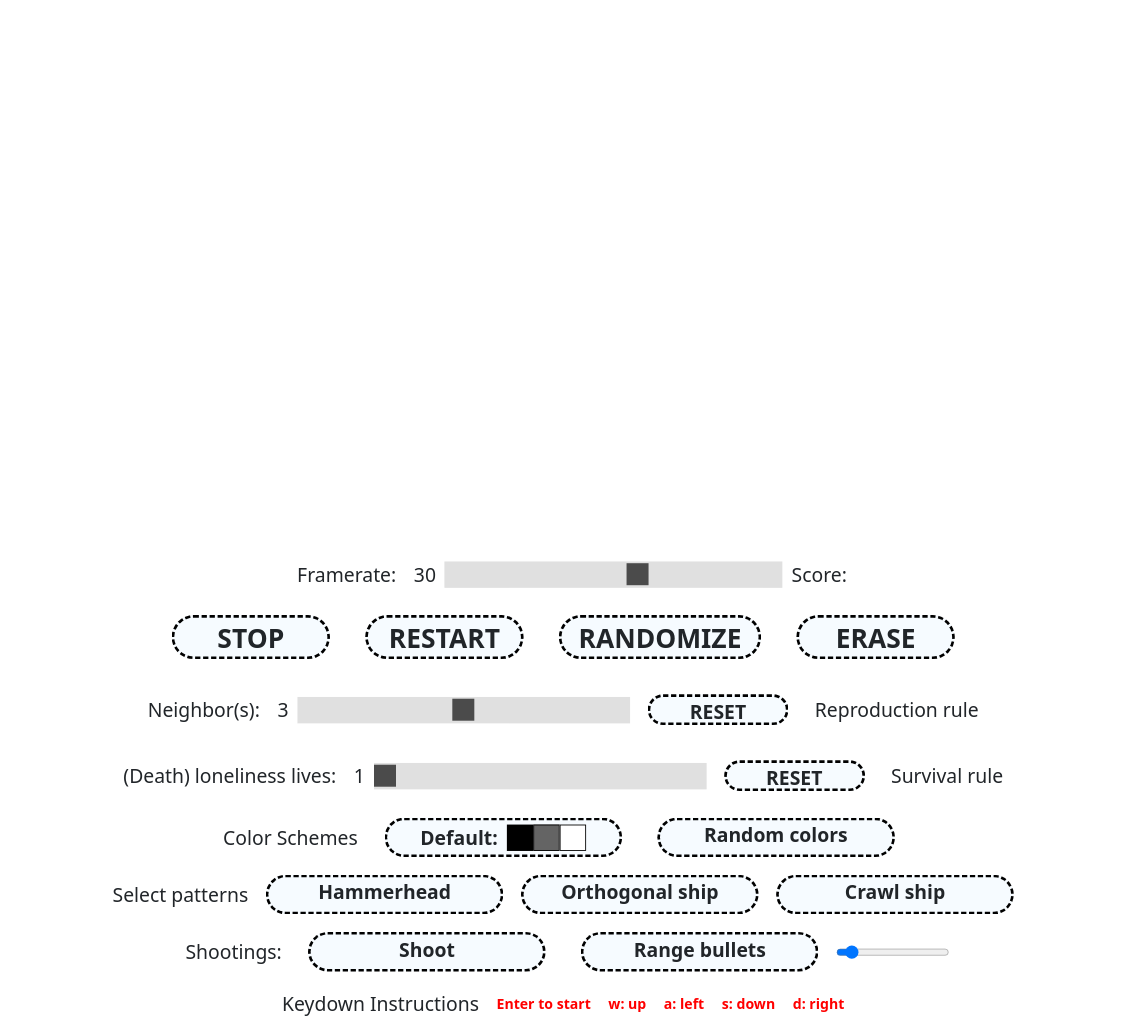
Repository: luckychxn123/game-of-life-22
Page: wef008.html
These files come from the project's save history. The page is drawn as it stood at one moment and after the next save; the edit follows.
The browser window is 1280 px wide. The page is 1290 px wide, so the pictures cover 1290 px, including what lies to the right of the window. The pictures show the whole page, at 88% of full size.
Some web libraries are served in a nearby version.

Above is the page before, as saved 2022-08-20 22:31:43.
Console error: ReferenceError: survivalslider is not defined

After the next save:
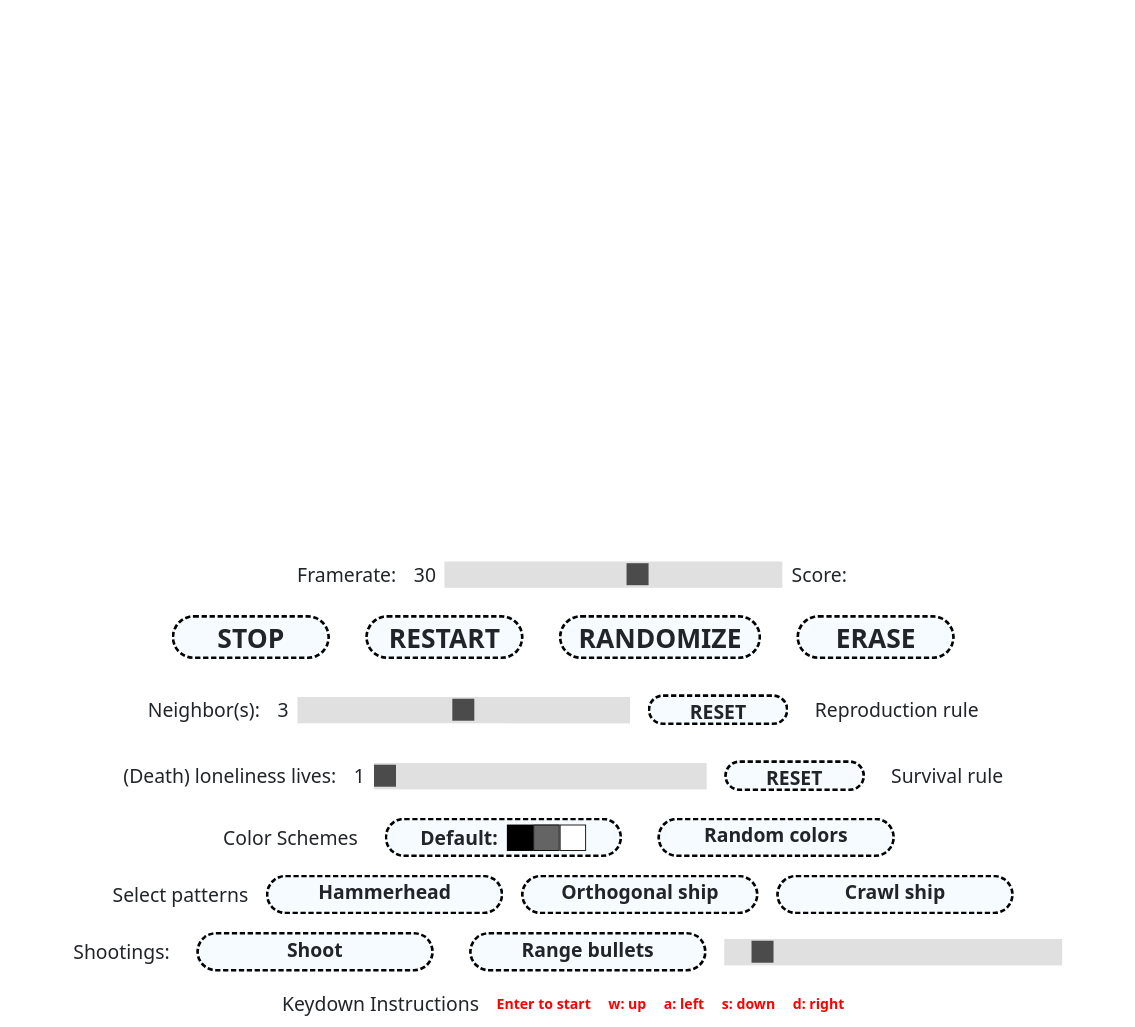
Saved 42 s later.
--- a/wef008css.css
+++ b/wef008css.css
@@ -41,7 +41,7 @@
   }
 
   /* The slider itself */
-  .neighborslider .slider,  .survivalslider .slider, .framerateslider .slider{
+  .neighborslider .slider,  .survivalslider .slider, .framerateslider .slider, .keydownshoots .slider{
     -webkit-appearance: none;  /* Override default CSS styles */
     appearance: none;
     width: 30%; /* Full-width */
@@ -52,7 +52,7 @@
 
   }
   .neighborslider .slider::-webkit-slider-thumb,  .survivalslider .slider::-webkit-slider-thumb,
-  .framerateslider .slider::-webkit-slider-thumb{
+  .framerateslider .slider::-webkit-slider-thumb, .keydownshoots .slider::-webkit-slider-thumb{
     -webkit-appearance: none;
     appearance: none;
     width: 25px;
